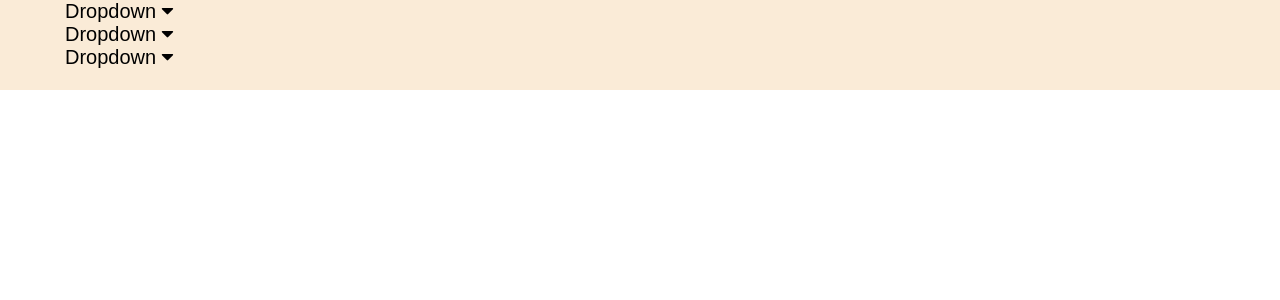
Repository: MorgunovaAlexandra/beauti
Page: index.html
An editor plug-in stored every save of this project. The page is shown before and after the next save, followed by the edit.
The browser window is 1280 px wide. The pictures show the whole page.

Above is the page before, as saved 2022-08-24 13:38:34.

### index.html
<!DOCTYPE html>
<html lang="en">
<head>
    <meta charset="UTF-8">
    <meta http-equiv="X-UA-Compatible" content="IE=edge">
    <meta name="viewport" content="width=device-width, initial-scale=1.0">
    <link rel="stylesheet" href="./style.css">
    <link rel="stylesheet" href="https://cdnjs.cloudflare.com/ajax/libs/font-awesome/4.7.0/css/font-awesome.min.css">
    <title>Document</title>
</head>
<body>
    <div class="wrapper">
        <header class="header">
            <div class="header-container _container">
            <nav class="dws-menu">
                <!-- <ul class="menu-list">
                    <li><a href="#"><i class="fa fa-"></i>Home</a></li>
                    <li><a href="#"><i class="fa fa-"></i>Shop</a></li>
                    <li><a href="#"><i class="fa fa-"></i>Pages</a></li>
                    <li><a href="#"><i class="fa fa-"></i>Blog</a></li>
                    <li><a href="#"><i class="fa fa-"></i>Look Book</a></li>
                </ul> -->
                <div class="dropdown">
                    <button class="dropbtn">Dropdown
                      <i class="fa fa-caret-down faa"></i>
                    </button>
                    <div class="dropdown-content">
                      <a href="#">Link 1</a>
                      <a href="#">Link 2</a>
                      <a href="#">Link 3</a>
                    </div>
                  </div>
                  <div class="dropdown">
                    <button class="dropbtn">Dropdown
                      <i class="fa fa-caret-down faa"></i>
                    </button>
                    <div class="dropdown-content">
                      <a href="#">Link 1</a>
                      <a href="#">Link 2</a>
                      <a href="#">Link 3</a>
                    </div>
                  </div>
                  <div class="dropdown">
                    <button class="dropbtn">Dropdown
                      <i class="fa fa-caret-down faa"></i>
                    </button>
                    <div class="dropdown-content">
                      <a href="#">Link 1</a>
                      <a href="#">Link 2</a>
                      <a href="#">Link 3</a>
                    </div>
                  </div>
            </nav>
            </div>
        </header>
    </div>
</body>
</html>

### style.css
* {
	margin: 0;
	padding: 0;
	border: 0;
	box-sizing: border-box;
}
:before,:after{
	padding: 0;
	margin: 0;
	border: 0;
	box-sizing: border-box;
}
html,body{
	height: 100%;
    font-family: 'SofiaProRegular';
	font-size: 18px;
	font-weight: 400;
}

.wrapper{
	width: 100%;
	overflow: hidden;

}
._container{
	max-width: 1170px;
	margin: 0px auto;
	padding: 0px 10px;
}
._container{
	max-width: 1170px;
	margin: 0px auto;
	padding: 0px 10px;
}
/*--------------------------*/
.header {
	font-family: 'TTCommons-Medium';
	position: absolute;/*---------изменено-----------------*/
	width: 100%;
	top: 0;
	left: 0;
	z-index: 50;
	font-size: 17px;
    height: 90px;
    background-color: antiquewhite;

}
.menu-list{
    display: flex;
    justify-content: center;
    align-items: center;
    height: 90px;

}

a{
   position: relative;
    text-decoration: none;
    color:rgb(37, 37, 37);
    margin-left: 40px;
}
/* a::after{
    position: absolute;
    bottom: -5px;
    content: "";
    display: block;
    height: 2px;
    width: 100%;
    right: 0;
    animation: move .8s ease-in;
}
@keyframes move {
    from {

      width: 100%;
    }
    to {
     width: 1%;
    }
  }
a:hover::after{

    background-color: aquamarine;
} */
.faa:hover{
    animation: move .3s ease-in;
    transform: rotate(180deg) scaleX(-1);
}
@keyframes move {
    from {
        transform: rotate(0deg) scaleX(-1);

    }
    50% {transform: rotate(90deg) scaleX(-1);}
    to {
        transform: rotate(180deg) scaleX(-1);
    }
  }
.dropbtn{
    font-size: 20px;
    background-color: rgb(156, 153, 153,0) ;
}
.dropdown-content{
    display: none;
    position: absolute;
    background-color: #f9f9f9;
    min-width: 160px;
    z-index: 1;
}
.dropdown-content a {
    float: none;
    color: rgb(156, 153, 153);
    padding: 12px 16px;
    text-decoration: none;
    display: block;
    text-align: left;
}
.dropdown-content a:hover {
    color: rgb(67, 66, 66);
}

.dropdown:hover .dropdown-content {
    display: block;
}

After the next save:
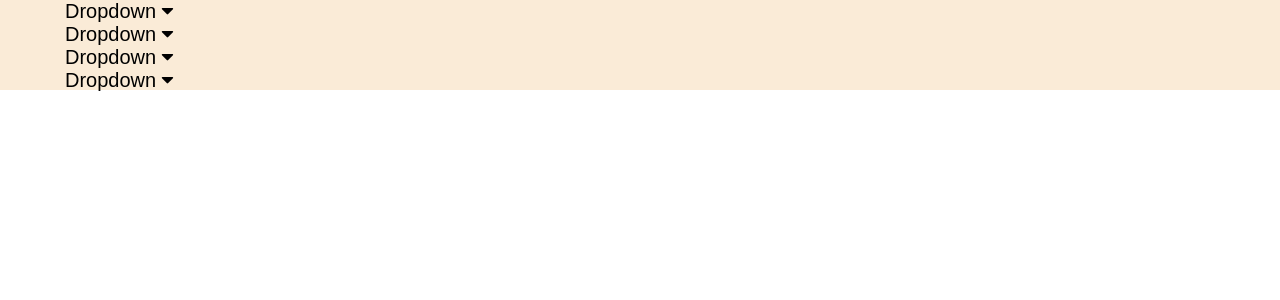
Saved 4 s later.
--- a/index.html
+++ b/index.html
@@ -50,6 +50,16 @@
                       <a href="#">Link 3</a>
                     </div>
                   </div>
+                  <div class="dropdown">
+                    <button class="dropbtn">Dropdown
+                      <i class="fa fa-caret-down faa"></i>
+                    </button>
+                    <div class="dropdown-content">
+                      <a href="#">Link 1</a>
+                      <a href="#">Link 2</a>
+                      <a href="#">Link 3</a>
+                    </div>
+                  </div>
             </nav>
             </div>
         </header>
